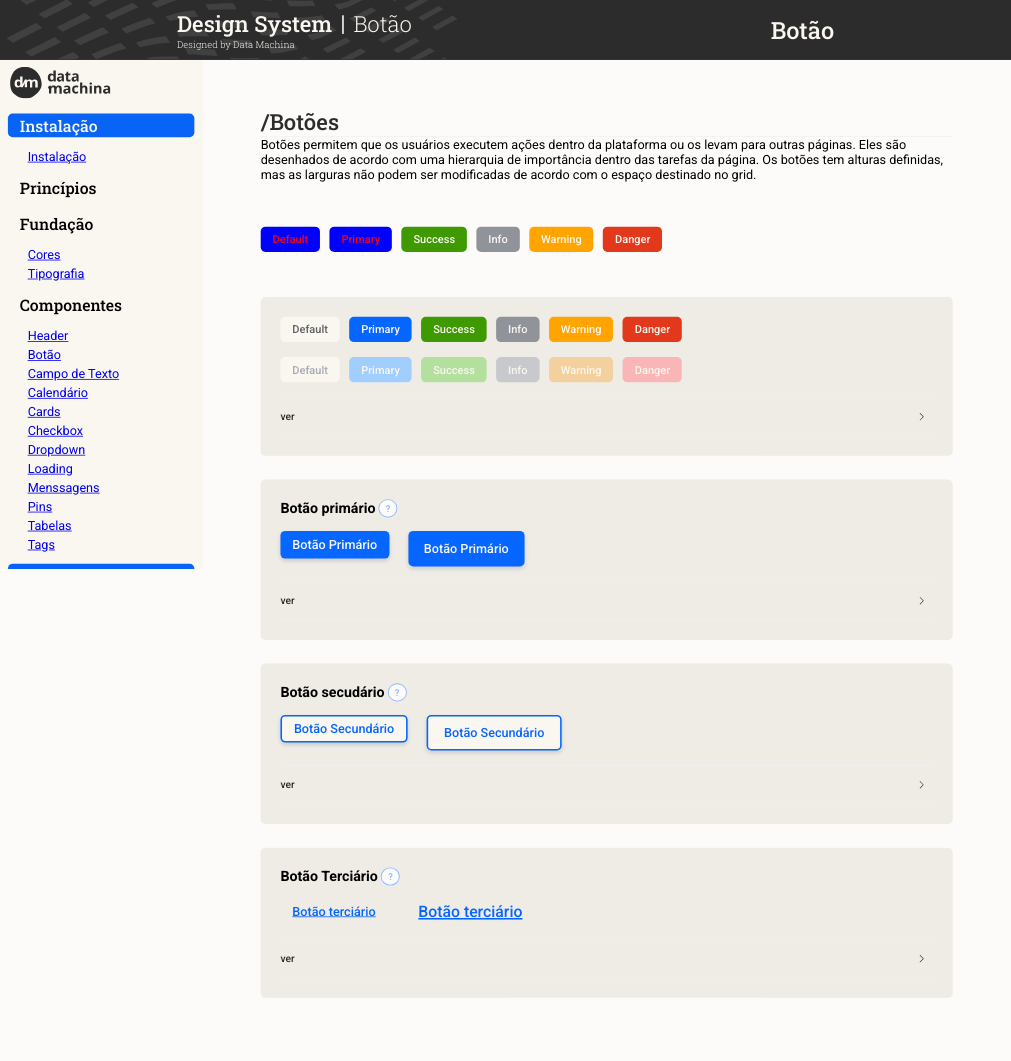
Repository: gustavoemmanoel/DM-Design-System
Page: /#/BotaoDs
An editor plug-in stored every save of this project. The page is shown before and after a run of saves, followed by the edit.
The browser window is 1280 px wide. The pictures show the whole page, at 79% of full size.
The project was rebuilt for these pictures with package versions that can differ from the ones it lists, and the page was loaded fresh each time. Also part of the build but not shown: vue.config.js, src/views/Installation/InstallationEl.vue, src/views/Fundacao/ColorsDs.vue, src/views/Fundacao/IconografiaDs.vue, src/views/Fundacao/TipografiaDs.vue, src/views/Componentes/HeaderPage.vue, src/views/Componentes/CalendarioDs.vue, src/views/Componentes/CampoTextoDs.vue and 9 more.

Above is the page before, as saved 2022-10-24 13:27:39.

After the next 2 saves:
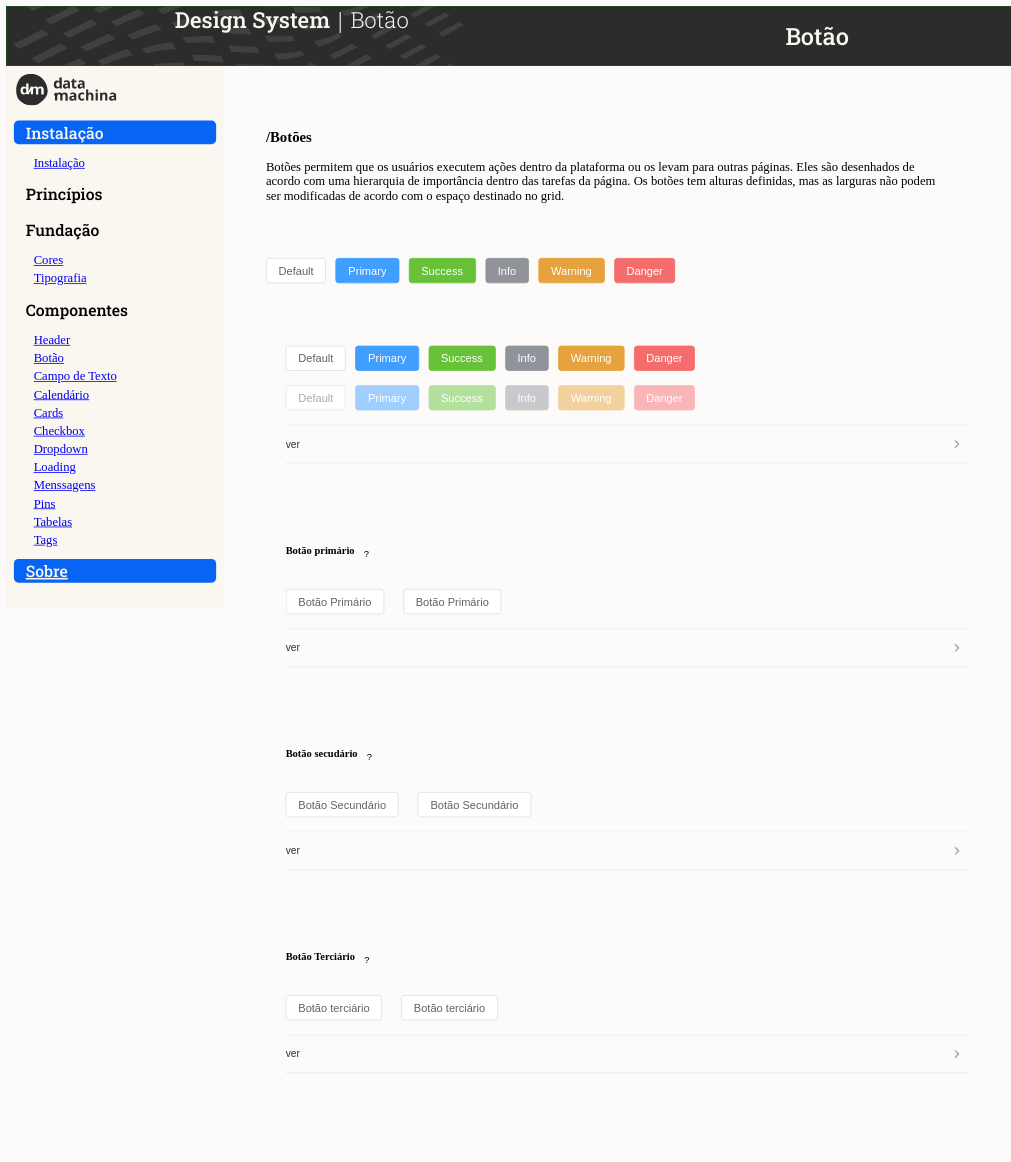
The 2 saves are shown as one change because they came seconds apart.
The last was saved 7 s later.
--- a/src/App.vue
+++ b/src/App.vue
@@ -12,8 +12,6 @@ export default {
 
 <style>
 
-
-@import 'index.css';
 
 body {
   overflow-y: scroll;
